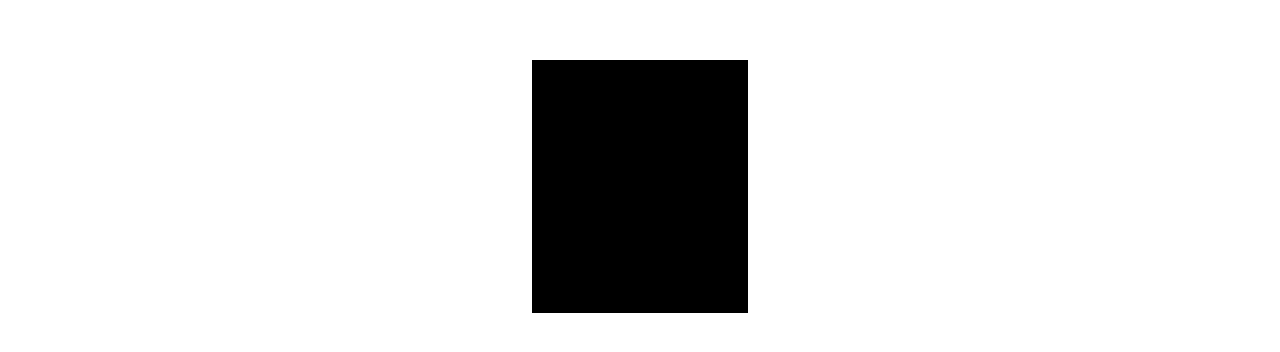
Repository: longNT0dev/C4E132
Page: SS4/index.html
These files come from the project's save history. The page is drawn as it stood at one moment and after the next save; the edit follows.
The browser window is 1280 px wide. The pictures show the whole page.

Above is the page before, as saved 2022-10-02 21:20:50.

### SS4/index.html
<!DOCTYPE html>
<html lang="en">
  <head>
    <meta charset="UTF-8" />
    <meta http-equiv="X-UA-Compatible" content="IE=edge" />
    <meta name="viewport" content="width=device-width, initial-scale=1.0" />
    <link rel="stylesheet" href="style.css" />
    <title>Document</title>
  </head>
  <body>
    <div class="container">

      <div class="overlay">

        <div class="overlay-information">
          <img src="" />
          <div class="content">
            <h5></h5>
            <span></span>
          </div>
        </div>

        <div class="overlay-loading"></div>

      </div>
    </div>
  </body>
</html>

### SS4/style.css
* {
    margin: 0;
    padding: 0;
    box-sizing: border-box;
}

.container {
    width: 216px;
    height: 253px;
    background-color: black;
    margin: 60px auto
}

After the next save:
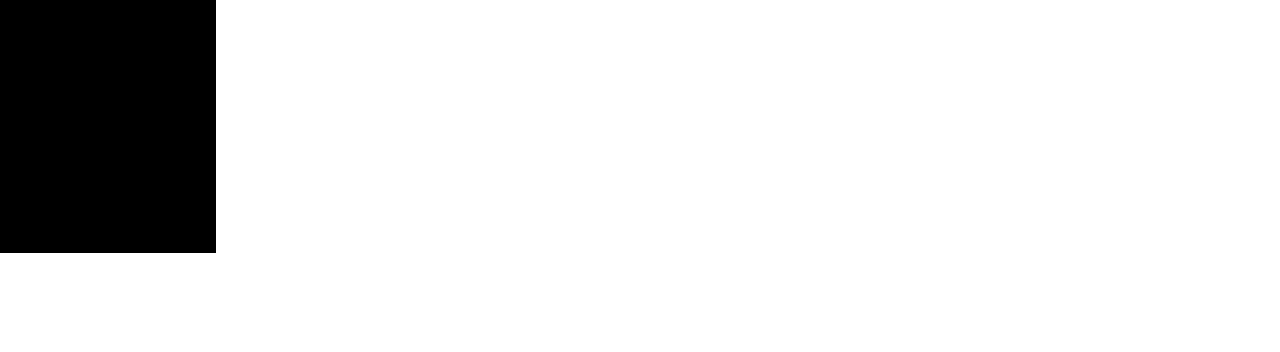
Saved 49 s later.
--- a/SS4/style.css
+++ b/SS4/style.css
@@ -9,4 +9,5 @@
     height: 253px;
     background-color: black;
     margin: 60px auto
+    back
 }

After the 2 saves that followed:
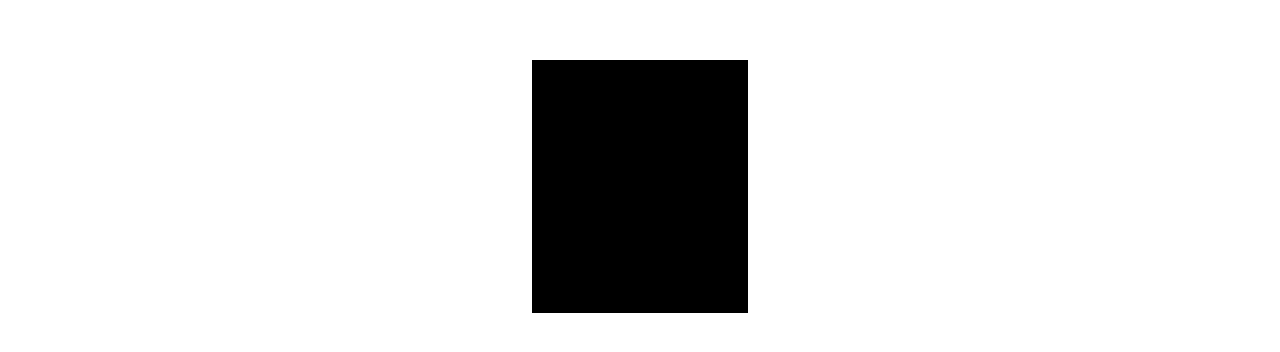
The 2 saves are shown as one change because they came seconds apart.
The last was saved 7 s later.
--- a/SS4/style.css
+++ b/SS4/style.css
@@ -8,6 +8,6 @@
     width: 216px;
     height: 253px;
     background-color: black;
-    margin: 60px auto
-    back
+    margin: 60px auto;
+    background-image: url()
 }
